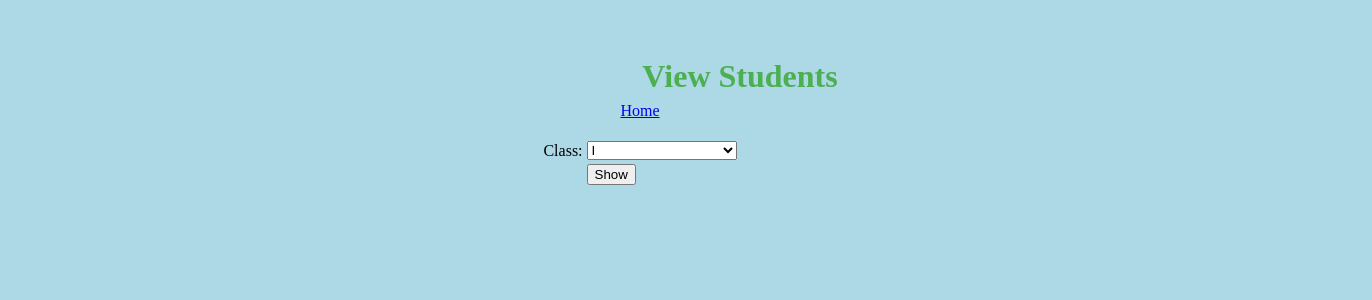
Repository: priyankagit8692/Phase_2_SimpliLearn-
Page: http://localhost/LearnerAcademyProject/viewStudent
An editor plug-in stored every save of this project. The page is shown before and after the next save, followed by the edit.
The browser window is 1280 px wide. The page is 1372 px wide, then 1312 px, so the pictures cover 1372 px, including what lies to the right of the window. The pictures show the whole page.
The page is served by Tomcat 9. Other server files are loaded and not shown.

Above is the page before, as saved 2021-03-20 15:38:05.

### FinalProjectPhase2/LearnerAcademyProject/src/com/learneracademy/ViewStudent.java
package com.learneracademy;
import java.io.IOException;
import java.io.PrintWriter;
import java.util.List;
import javax.servlet.ServletException;
import javax.servlet.annotation.WebServlet;
import javax.servlet.http.HttpServlet;
import javax.servlet.http.HttpServletRequest;
import javax.servlet.http.HttpServletResponse;
import com.learneracademy.Entity.ListMaster;
import com.learneracademy.Entity.MainApplication;


@WebServlet("/viewStudent")
public class ViewStudent extends HttpServlet {
	private static final long serialVersionUID = 1L;

	protected void doGet(HttpServletRequest request, HttpServletResponse response) throws ServletException, IOException {
		response.setContentType("text/html");
        List<String> classList1 = ListMaster.getMasterCLass();

        PrintWriter out = response.getWriter();
        out.println("<style>" +
				"body {\r\n" +
				  "background-color: lightblue;\r\n"
				+ "}\r\n"
        		+ "h1{\r\n"
			    + "  transform: translate(100px,50px);\r\n"
			    + "  color: #4CAF50;\r\n"
			    + "}\r\n"
			    + "a{\r\n"
			    + "  transform: translate(850px,50px);\r\n"
			    + "}\r\n" +
			   "</style>");
        out.println("<div align='center'>");
        out.println("<h1>View Students</h1><br><br>");
        out.print("<a href='MainHomePage.jsp'>Home</a><br><br>");
        out.print("<form action='viewStudent' method='post'>");
        out.print("<table>");
        out.print("<tr><td>Class:</td>");
        out.print("<td><select name='className' style='width:150px'>");
        for (String classList : classList1) {
            out.print("<option>" + classList + "</option>");
        }
        out.print("</select>");
        out.print("</td></tr>");
        out.print("<tr><td></td><td colspan='2'><input type='submit' value='Show'/></td></tr>");
        out.print("</table>");
        out.print("</form>");
        out.println("</div>");
	}

	protected void doPost(HttpServletRequest request, HttpServletResponse response) throws ServletException, IOException {
		response.setContentType("text/html");
		String className = request.getParameter("className");
		PrintWriter out = response.getWriter();
		List<String> studentList = MainApplication.getStudentFromClass(className);
		out.println("<div align='center'");
		out.print("<h1>View Student</h1><br><br>");
		out.println("<a href='MainHomePage.jsp'>Home</a><br><br>");
		out.print("<table border='1' width='60%'");
	    out.print("<tr><th>S.No</th><th>Name</th></tr>");
	    for (int i = 0; i < studentList.size(); i++) {
            out.print("<tr><td style='text-align:center'>" + (i + 1) + "</td><td style='text-align:center'>" + studentList.get(i) + "</td></tr>");
        }
        out.print("</table>");
        out.println("</div>");
        out.close();


	}

}

### FinalProjectPhase2/LearnerAcademyProject/src/com/learneracademy/Entity/ListMaster.java
package com.learneracademy.Entity;

import java.util.ArrayList;
import java.util.List;

public class ListMaster {
	 public static List<String> getMasterCLass() {
	        List<String> classList = new ArrayList<>();
	        classList.add("I");
	        classList.add("II");
	        classList.add("III");
	        classList.add("IV");
	        classList.add("V");
	        classList.add("VI");
	        classList.add("VII");
	        classList.add("VIII");
	        classList.add("IX");
	        classList.add("X");
	        classList.add("XI");
	        classList.add("XII");

	        return classList;
	    }

	    public static List<String> getMasterTeacher() {
	        List<String> teacherList = new ArrayList<>();
	        teacherList.add("Mr.Mahesh Pathak");
	        teacherList.add("Ms.Divya Rai");
	        teacherList.add("Mrs.Sayali Kulkarni");
	        teacherList.add("Ms.Priyanka Gupta");
	        teacherList.add("Mr.Devesh Rathore");
	        teacherList.add("Mrs.Diksha Tanwar");
	        teacherList.add("Mr.Rahul Singh");
	        teacherList.add("Mrs.Dhruv Tanwar");
	        teacherList.add("Mr.Ramesh Singh");

	        return teacherList;
	    }

	    public static List<String> getMasterSubject() {
	        List<String> subjectList = new ArrayList<>();
	        subjectList.add("English");
	        subjectList.add("Hindi");
	        subjectList.add("Mathematics");
	        subjectList.add("Physics");
	        subjectList.add("Chemistry");
	        subjectList.add("Biology");
	        subjectList.add("History");
	        subjectList.add("Civics");
	        subjectList.add("Geography");

	        return subjectList;
	    }



}

After the next save:
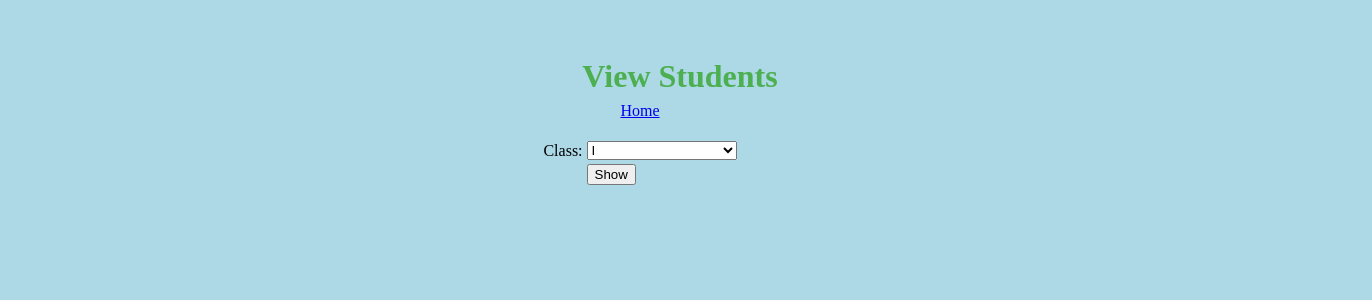
Saved 26 s later.
--- a/FinalProjectPhase2/LearnerAcademyProject/src/com/learneracademy/ViewStudent.java
+++ b/FinalProjectPhase2/LearnerAcademyProject/src/com/learneracademy/ViewStudent.java
@@ -25,7 +25,7 @@ public class ViewStudent extends HttpServlet {
 				  "background-color: lightblue;\r\n"
 				+ "}\r\n"
         		+ "h1{\r\n"
-			    + "  transform: translate(100px,50px);\r\n"
+			    + "  transform: translate(40px,50px);\r\n"
 			    + "  color: #4CAF50;\r\n"
 			    + "}\r\n"
 			    + "a{\r\n"
